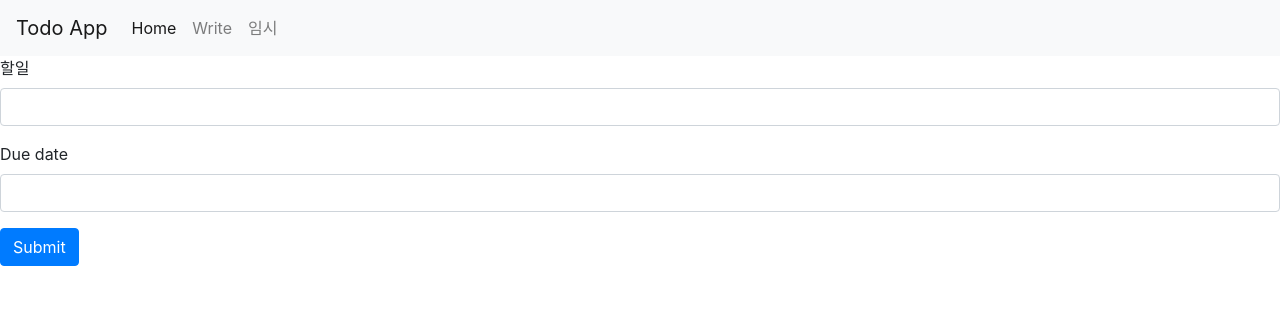
Repository: songeunleee/TodoApp
Page: write.html
These files come from the project's save history. The page is drawn as it stood at one moment and after the next save; the edit follows.
The browser window is 1280 px wide. The pictures show the whole page.

Above is the page before, as saved 2023-04-14 01:30:42.

### write.html
<!doctype html>
<html">
  <head>
    <!-- Required meta tags -->
    <meta charset="utf-8">
    <meta name="viewport" content="width=device-width, initial-scale=1, shrink-to-fit=no">

    <!-- Bootstrap CSS -->
    <link rel="stylesheet" href="https://cdn.jsdelivr.net/npm/bootstrap@4.6.2/dist/css/bootstrap.min.css" integrity="sha384-xOolHFLEh07PJGoPkLv1IbcEPTNtaed2xpHsD9ESMhqIYd0nLMwNLD69Npy4HI+N" crossorigin="anonymous">

    <title>Hello, world!</title>
  </head>
  <body>

    <nav class="navbar navbar-expand-lg navbar-light bg-light">
        <a class="navbar-brand" href="#">Todo App</a>
        <button class="navbar-toggler" type="button" data-toggle="collapse" data-target="#navbarNavDropdown" aria-controls="navbarNavDropdown" aria-expanded="false" aria-label="Toggle navigation">
          <span class="navbar-toggler-icon"></span>
        </button>
        <div class="collapse navbar-collapse" id="navbarNavDropdown">
          <ul class="navbar-nav">
            <li class="nav-item active">
              <a class="nav-link" href="#">Home <span class="sr-only">(current)</span></a>
            </li>
            <li class="nav-item">
              <a class="nav-link" href="#">Write</a>
            </li>
            <li class="nav-item">
              <a class="nav-link" href="#">임시</a>
            </li>

          </ul>
        </div>
      </nav>

      <form>
        <div class="form-group">
          <label for="exampleInputEmail1">할일</label>
          <input type="email" class="form-control" id="exampleInputEmail1" aria-describedby="emailHelp">

        </div>
        <div class="form-group">
          <label for="exampleInputPassword1">Due date</label>
          <input type="password" class="form-control" id="exampleInputPassword1">
        </div>

        <button type="submit" class="btn btn-primary">Submit</button>
      </form>


    <!-- Optional JavaScript; choose one of the two! -->

    <!-- Option 1: jQuery and Bootstrap Bundle (includes Popper) -->
    <script src="https://cdn.jsdelivr.net/npm/jquery@3.5.1/dist/jquery.slim.min.js" integrity="sha384-DfXdz2htPH0lsSSs5nCTpuj/zy4C+OGpamoFVy38MVBnE+IbbVYUew+OrCXaRkfj" crossorigin="anonymous"></script>
    <script src="https://cdn.jsdelivr.net/npm/bootstrap@4.6.2/dist/js/bootstrap.bundle.min.js" integrity="sha384-Fy6S3B9q64WdZWQUiU+q4/2Lc9npb8tCaSX9FK7E8HnRr0Jz8D6OP9dO5Vg3Q9ct" crossorigin="anonymous"></script>

    <!-- Option 2: Separate Popper and Bootstrap JS -->
    <!--
    <script src="https://cdn.jsdelivr.net/npm/jquery@3.5.1/dist/jquery.slim.min.js" integrity="sha384-DfXdz2htPH0lsSSs5nCTpuj/zy4C+OGpamoFVy38MVBnE+IbbVYUew+OrCXaRkfj" crossorigin="anonymous"></script>
    <script src="https://cdn.jsdelivr.net/npm/popper.js@1.16.1/dist/umd/popper.min.js" integrity="sha384-9/reFTGAW83EW2RDu2S0VKaIzap3H66lZH81PoYlFhbGU+6BZp6G7niu735Sk7lN" crossorigin="anonymous"></script>
    <script src="https://cdn.jsdelivr.net/npm/bootstrap@4.6.2/dist/js/bootstrap.min.js" integrity="sha384-+sLIOodYLS7CIrQpBjl+C7nPvqq+FbNUBDunl/OZv93DB7Ln/533i8e/mZXLi/P+" crossorigin="anonymous"></script>
    -->
  </body>
</html>

After the next save:
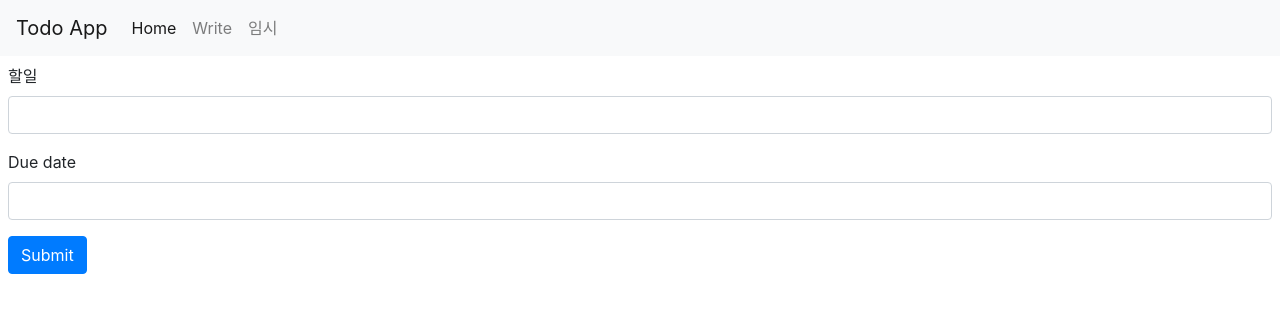
Saved 12 s later.
--- a/write.html
+++ b/write.html
@@ -33,7 +33,7 @@
         </div>
       </nav>
 
-      <form>
+      <form class="m-2">
         <div class="form-group">
           <label for="exampleInputEmail1">할일</label>
           <input type="email" class="form-control" id="exampleInputEmail1" aria-describedby="emailHelp">
